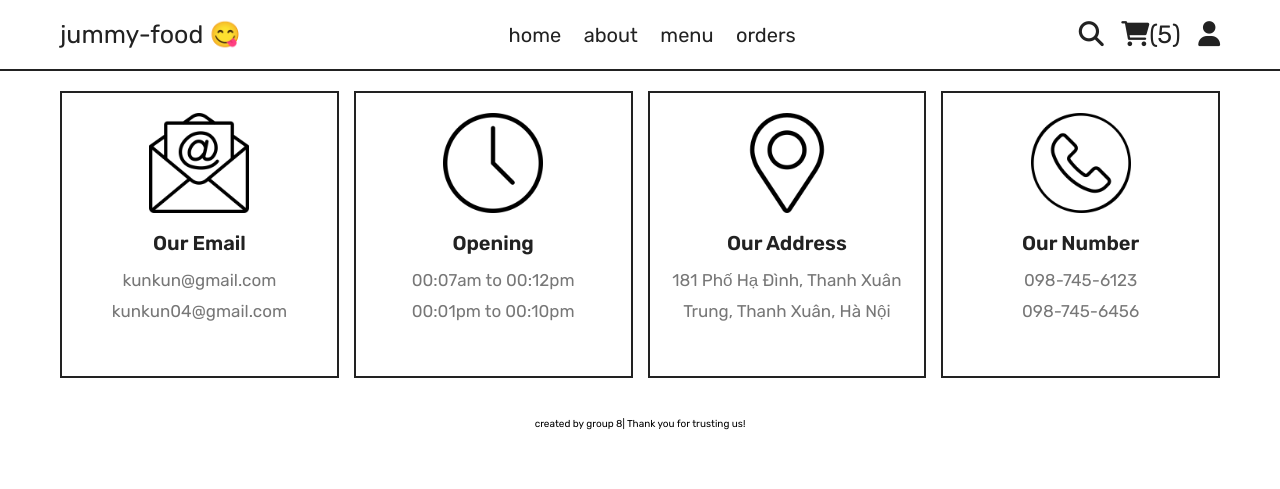
Repository: VuongLinhDinh/jummy_food
Page: home.html
These files come from the project's save history. The page is drawn as it stood at one moment and after a run of saves; the edit follows.
The browser window is 1280 px wide. The pictures show the whole page.
Some web libraries are served in a nearby version.

Above is the page before, as saved 2023-11-07 16:07:00.

### home.html
<!DOCTYPE html>
<html lang="en">
<head>
    <meta charset="UTF-8">
    <meta name="viewport" content="width=device-width, initial-scale=1.0">
    <title>Home</title>
    <!-- font awesome cdn link -->
    <link rel="stylesheet" href="https://cdnjs.cloudflare.com/ajax/libs/font-awesome/6.1.1/css/all.min.css">
    <!-- custom css -->
    <link rel="stylesheet" href="./css/style.css">
</head>
<body>
    <!-- header section starts  -->
    <header class="header">
        <section class="flex">
            <a href="home.html" class="logo">jummy-food 😋</a>
            <nav class="navbar">
                <a href="home.html">home</a>
                <a href="about.html">about</a>
                <a href="menu.html">menu</a>
                <a href="orders.html">orders</a>
            </nav>
            <div class="icons">
                <a href="search.html"><i class="fas fa-search"></i></a>
                <a href="cart.html"><i class="fas fa-shopping-cart"></i><span>(5)</span></a>
                <div id="user-btn" class="fas fa-user"></div>
                <div id="menu-btn" class="fas fa-bars"></div>
            </div>
            <div class="profile">
                <p class="name">Kun Aquero</p>
                <div class="flex">
                    <a href="profile.html" class="btn">profile</a>
                    <a href="#" class="delete-btn">logout</a>
                </div>
                <p class="account"><a href="login.html">login</a> or <a href="login.html">register</a></p>
            </div>
        </section>
    </header>
    <!-- header section end  -->
    <!-- footer section starts  -->
    <footer class="footer">
        <section class="grid">
            <div class="box">
                <img src="images/email-icon.png" alt="">
                <h3>our email</h3>
                <a href="mailto:kunkun@gmail.com">kunkun@gmail.com</a>
                <a href="mailto:kun04@gmail.com">kunkun04@gmail.com</a>
            </div>

            <div class="box">
                <img src="images/clock-icon.png" alt="">
                <h3>opening</h3>
                <p>
                    00:07am to 00:12pm
                    00:01pm to 00:10pm
                </p>
            </div>

            <div class="box">
                <img src="images/map-icon.png" alt="">
                <h3>our address</h3>
                <a href="#">181 Phố Hạ Đình, Thanh Xuân Trung, Thanh Xuân, Hà Nội</a>
            </div>

            <div class="box">
                <img src="images/phone-icon.png" alt="">
                <h3>our number</h3>
                <a href="tel:0987456123">098-745-6123</a>
                <a href="tel:0987456456">098-745-6456</a>
            </div>
        </section>
        <div class="credit">created by <span>group 8</span>| Thank you for trusting us!</div>
    </footer>
    <!-- footer section end  -->
    <!-- custom js file -->
    <script src="./js/script.js"></script>
</body>
</html>

### css/style.css
@import url('https://fonts.googleapis.com/css2?family=Nunito:wght@200;300;400;600;700&family=Rubik:wght@300;400;500;600&display=swap');
:root {
    --yellow: #fed330;
    --red: #e74c3c;
    --white: #fff;
    --black: #222;
    --light-color: #777;
    --border: .2rem solid var(--black);
}
*{
    font-family: 'Rubik', sans-serif;
    margin: 0; padding: 0;
    box-sizing: border-box;
    outline: none; border: none;
    text-decoration: none;
}
*::selection {
    background-color: var(--yellow);
    color: var(--white);
}
::-webkit-scrollbar {
    height: 0.5rem;
    width: 1rem;
}
::-webkit-scrollbar-track {
    background-color: transparent;
}
::-webkit-scrollbar-thumb {
    background-color: var(--yellow);
}
html {
    font-size:  62.5%;
    overflow-x: hidden;
    scroll-behavior: smooth;
    stop-opacity: 7rem;
}
section {
    margin: 0 auto;
    max-width: 1200px;
    padding: 2rem;
}
.btn, .delete-btn {
    margin-top: 1rem;
    display: inline-block;
    font-size: 2rem;
    padding: 1rem 3rem;
    opacity: .6;
    cursor: pointer;
}
.btn:hover, .delete-btn:hover {
    /* letter-spacing: .2rem; */
    transition:  .2s linear;
    opacity: 1;
}
.btn {
    background-color: var(--yellow);
    color: var(--black);
}
.delete-btn {
    background-color: var(--red);
    color: var(--white);
}
.header {
    position: sticky;
    top: 0; left: 0; right: 0;
    z-index: 1000;
    background-color: var(--white);
    border-bottom: var(--border);
}
.header .flex {
    display: flex;
    align-items: center;
    justify-content: space-between;
    position: relative;
}
.header .flex .logo {
    font-size: 2.5rem;
    color: var(--black);
}
.header .flex .navbar a {
    font-size: 2rem;
    color: var(--black);
    margin: 0 1rem;

}
.header .flex .navbar a:hover {
    color: var(--yellow);
    text-decoration: underline;
}
.header .flex .icons > * {
    margin-left: 1.5rem;
    font-size: 2.5rem;
    color: var(--black);
    cursor: pointer;
}
.header .flex .icons > *:hover {
    color: var(--yellow);
}
#menu-btn {
    display: none;
}
.header .flex .profile {
    background-color: var(--white);
    border: var(--border);
    padding: 1.5rem;
    text-align: center;
    position: absolute;
    top: 125%; right: 2rem;
    width: 30rem;
    display: none;
    animation: fadeIn .2s linear;
}
.header .flex .profile.active {
    display: block;
}
@keyframes fadeIn {
    0% {
        transform: translateY(1rem);
    }
}
.header .flex .profile .name {
    font-size: 2rem;
    color: var(--black);
    margin-bottom: 1rem;
}
.header .flex .profile .account {
    margin-top: 1rem;
    font-size: 2rem;
    color: var(--light-color);
}
.header .flex .profile .account a {
    color: var(--black);
}
.header .flex .profile .account a:hover {
    color: var(--yellow);
    text-decoration: underline;
}












































.footer .grid {
    display: grid;
    grid-template-columns: repeat(auto-fit, minmax(27rem, 1fr));
    gap: 1.5rem;
    align-items: flex-start;
}
.footer .grid .box {
    border: var(--border);
    padding: 2rem;
    padding-bottom: 5rem;
    text-align: center;
}
.footer .grid .box img {
    height: 10rem;
    width: 100%;
    object-fit: contain;
    margin-bottom: .5rem;
}
.footer .grid .box h3 {
    margin: 1rem 0;
    font-size: 2rem;
    color: var(--black);
    text-transform: capitalize;
}
.footer .grid .box p,
.footer .grid .box a {
    display: block;
    font-size: 1.7rem;
    color: var(--light-color);
    line-height: 1.8;
}
.footer .grid .box a:hover {
    text-decoration: underline;
}
.credit {
    padding: 2rem;
    text-align: center;

}

/* media query  */
@media (max-width: 991px) {
    html {
        font-size: 55%;
    }
}
@media (max-width: 768px) {
    #menu-btn {
        display: inline-block;
    }
    .header .flex .navbar {
        position: absolute;
        top: 99%; left: 0; right: 0;
        border-top: var(--border);
        border-bottom: var(--border);
        background-color: var(--white);
        transition:  .2s linear;
        clip-path: polygon(0 0, 100% 0, 100% 0, 0 0);
    }
    .header .flex .navbar a {
        display: block;
        margin: 2rem;
    }
    .header .flex .navbar.active {
        clip-path: polygon(0 0, 100% 0, 100% 100%, 0 100%);
    }
}
@media (max-width: 450px) {
    html {
        font-size: 50%;
    }
    .header .flex .logo {
        font-size: 2rem;

    }
}

### js/script.js
navbar = document.querySelector('.header .flex .navbar');
document.querySelector('#menu-btn').onclick = () => {
    navbar.classList.toggle('active');
    profile.classList.remove('active');
}
profile = document.querySelector('.header .flex .profile');
document.querySelector('#user-btn').onclick = () => {
    profile.classList.toggle('active');
    navbar.classList.remove('active');
}
window.onscroll = () => {
    navbar.classList.remove('active');
    profile.classList.remove('active');
}

After the next 2 saves:
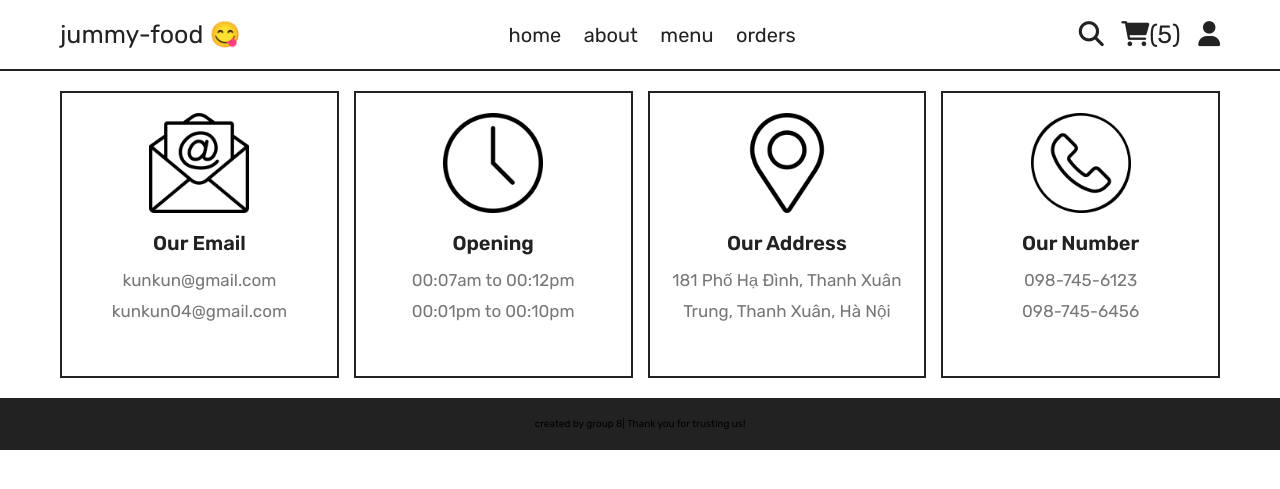
The 2 saves are shown as one change because they came seconds apart.
The last was saved 7 s later.
--- a/css/style.css
+++ b/css/style.css
@@ -216,6 +216,7 @@ section {
 .credit {
     padding: 2rem;
     text-align: center;
+    background-color: var(--black);
 
 }
 
